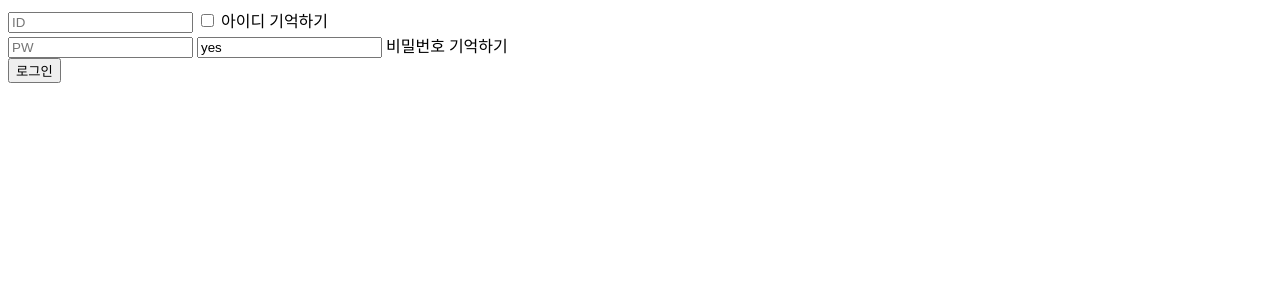
Repository: hanbeen03/javabasic
Page: http://localhost/JSPBasic/03-cookie/cookie_login.jsp
An editor plug-in stored every save of this project. The page is shown before and after the next save, followed by the edit.
The browser window is 1280 px wide. The pictures show the whole page.
The page is served by Tomcat 9.

Above is the page before, as saved 2021-08-02 05:29:36.

After the next save:
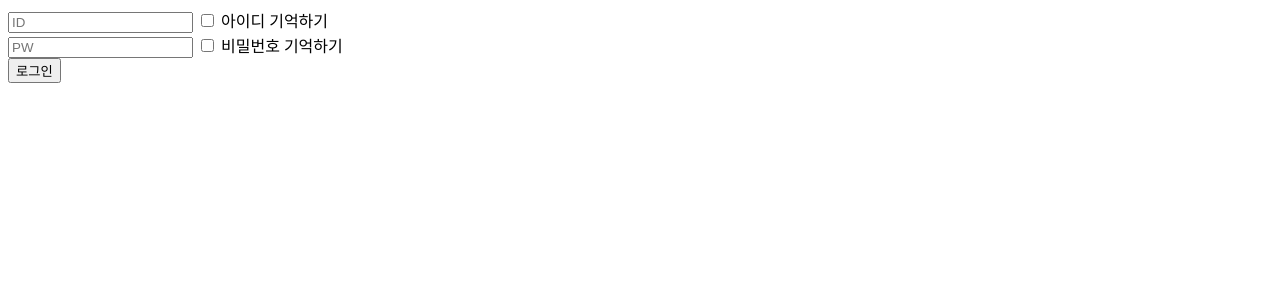
Saved 28 s later.
--- a/JSPBasic/WebContent/03-cookie/cookie_login.jsp
+++ b/JSPBasic/WebContent/03-cookie/cookie_login.jsp
@@ -19,7 +19,7 @@
 		<input type="checkbox" name="id_check" value="yes" />
 		아이디 기억하기<br/>
 		<input type="password" name="pw" placeholder="PW" />
-		<input tpye="checkbox" name="pw_check" value="yes" />
+		<input type="checkbox" name="pw_check" value="yes" />
 		비밀번호 기억하기<br/>
 		<input type="submit" value="로그인" />
 	</form>
